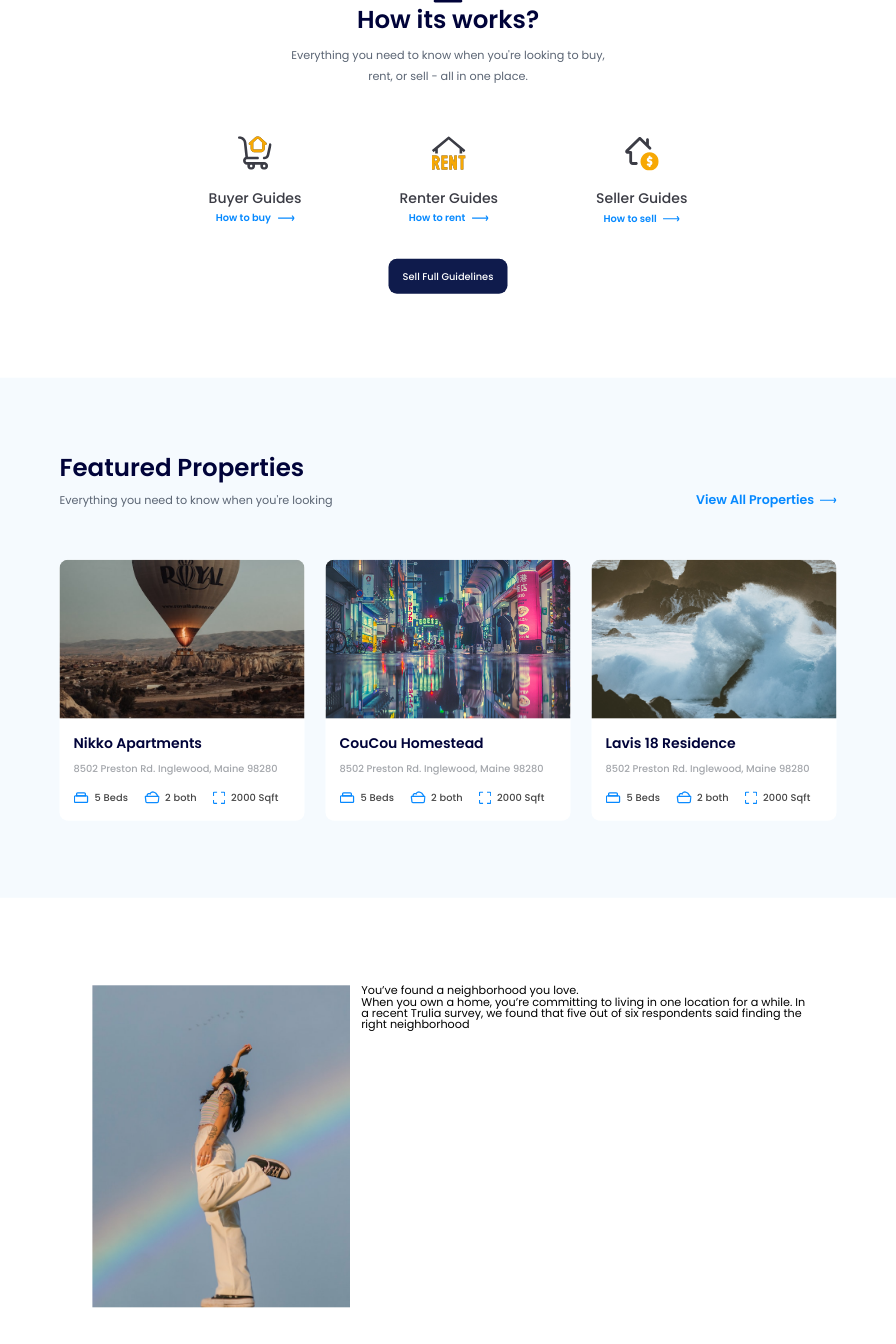
Repository: Tctiensk/f8-htmlcss-01
Page: index.html
These files come from the project's save history. The page is drawn as it stood at one moment and after the next save; the edit follows.
The browser window is 1280 px wide. The pictures show the part of the page from y = 1232 to 3152 px (the page is 3152 px tall), at 70% of full size.

Above is the page before, as saved 2022-12-10 11:21:13.

After the next save:
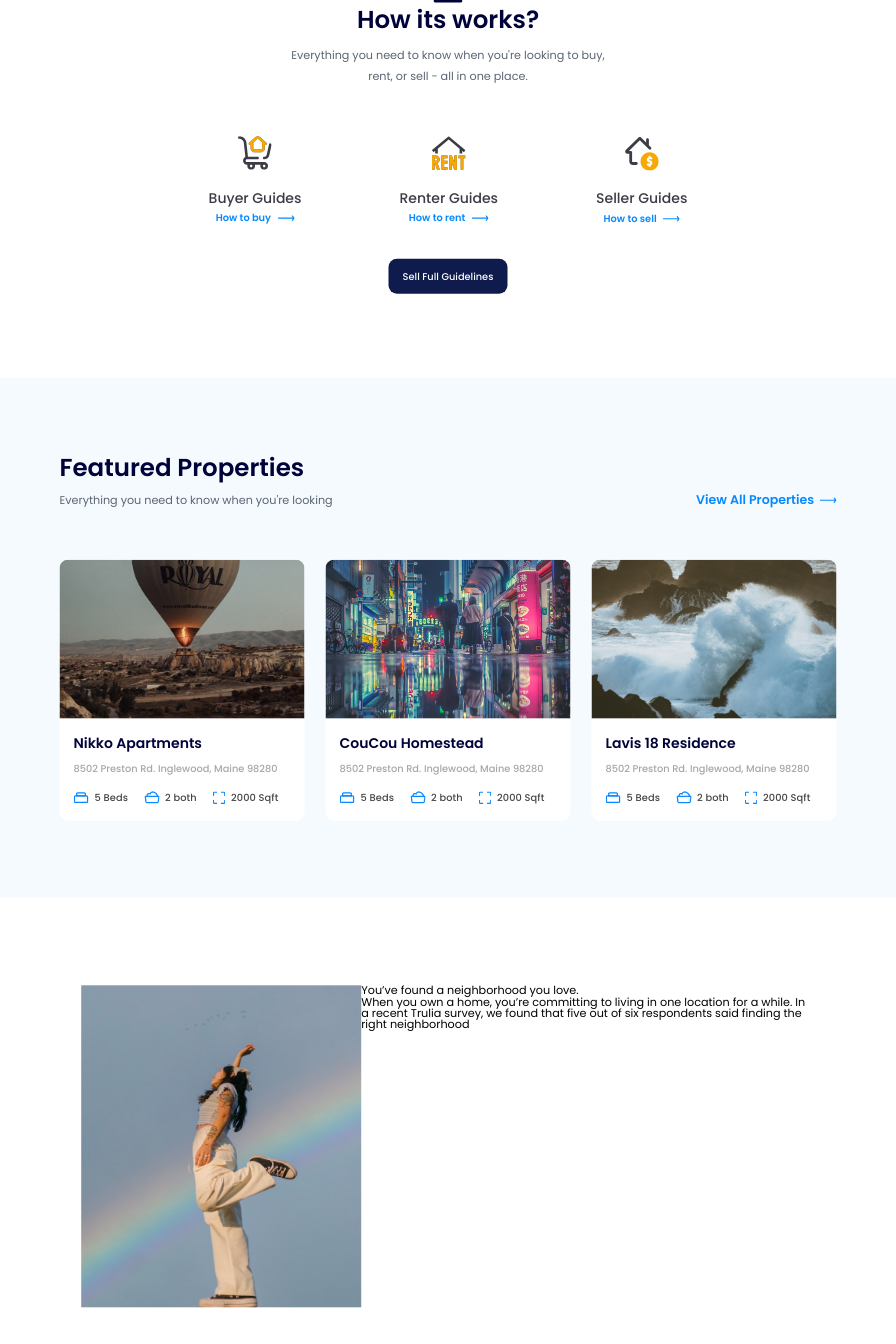
Saved 2 min 11 s later.
--- a/assets/css/style.css
+++ b/assets/css/style.css
@@ -314,5 +314,5 @@
 .stats .img-block img {
     width: 400px;
     height: 460px;
-    object-fit: contain;
-}
+    /* object-fit: contain; */
+}
